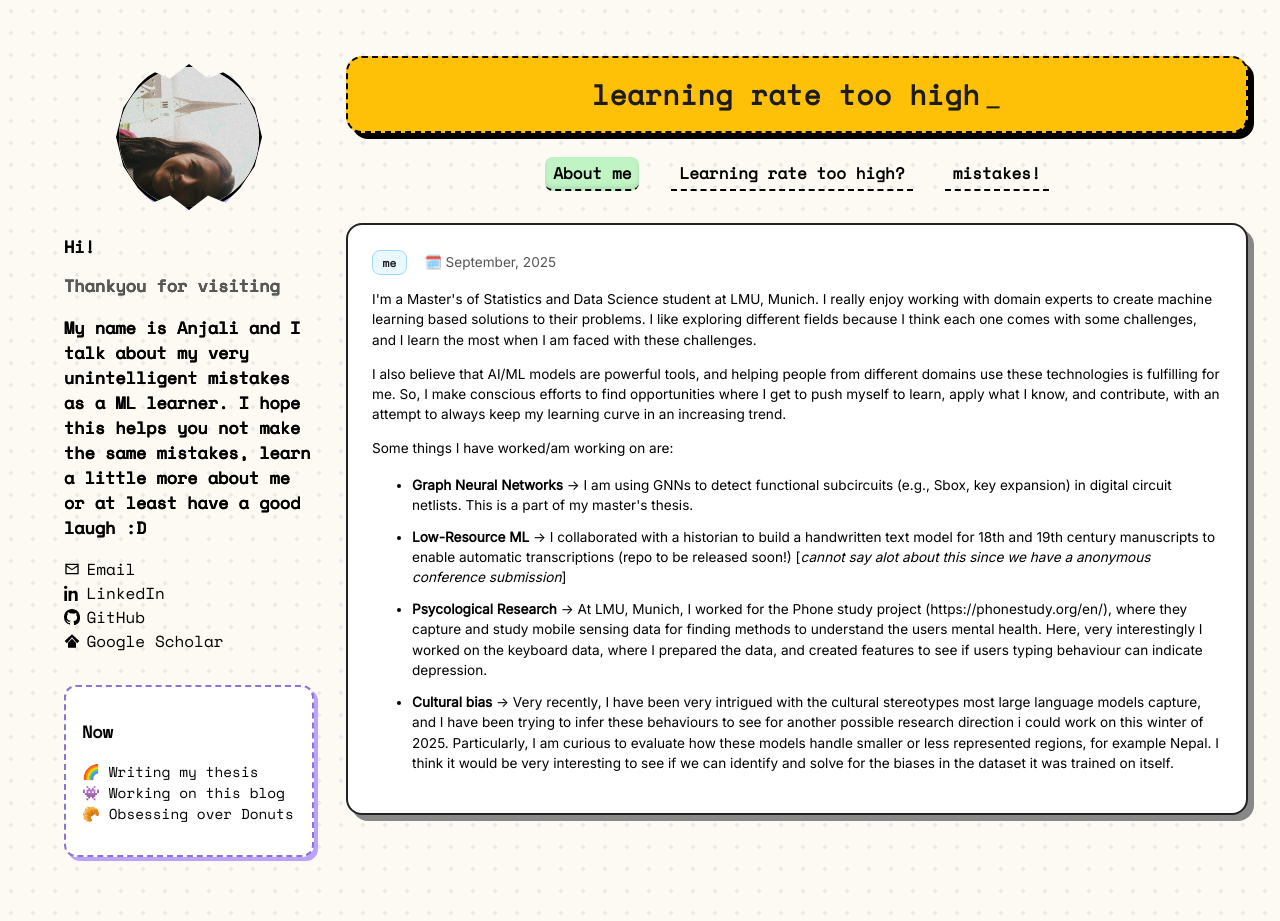
Repository: anjalisarawgi/learning_rate_too_high
Page: index.html
These files come from the project's save history. The page is drawn as it stood at one moment and after the next save; the edit follows.
The browser window is 1280 px wide. The pictures show the whole page.

Above is the page before, as saved 2025-11-03 10:13:06.

After the next save:
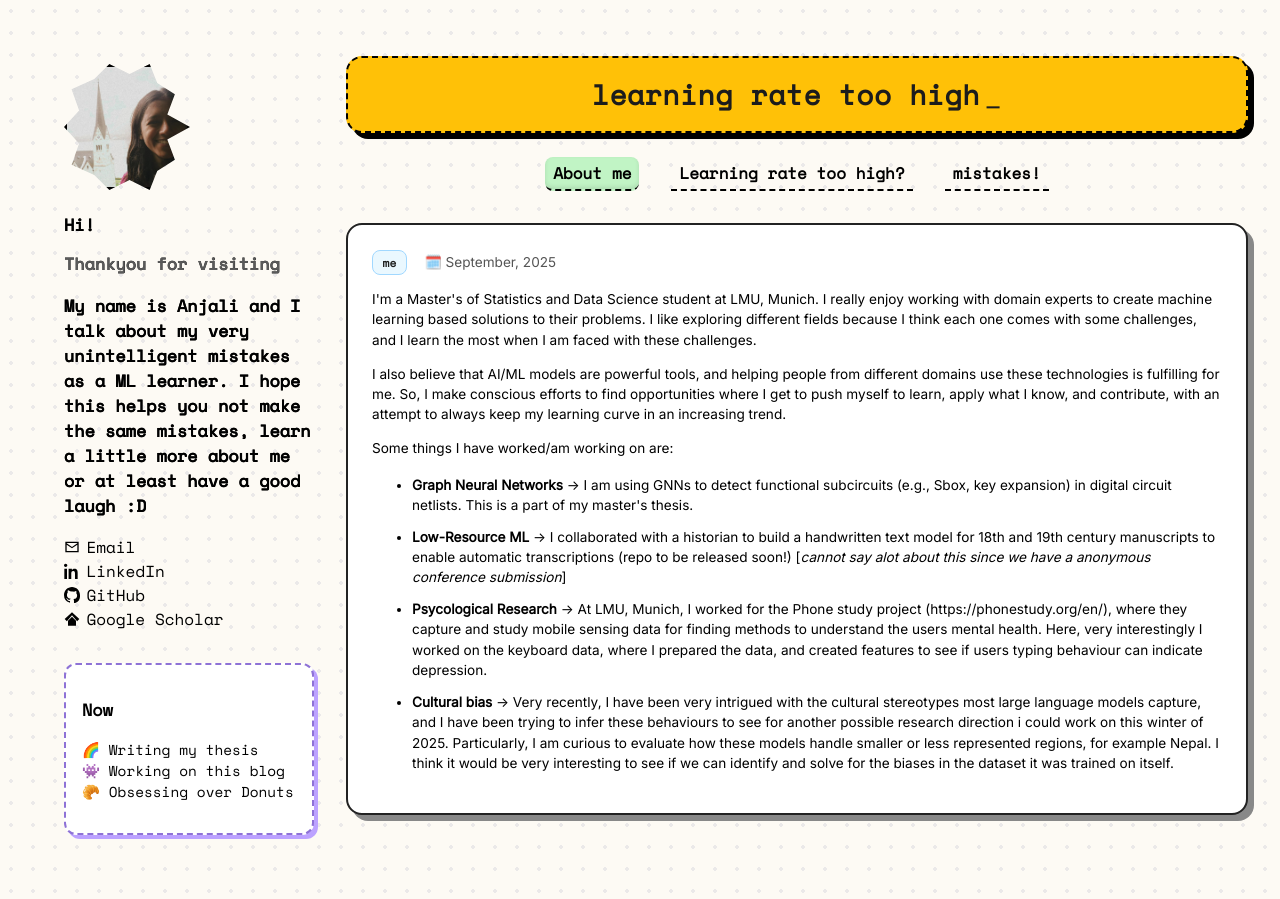
Saved 4 s later.
--- a/index.html
+++ b/index.html
@@ -152,26 +152,22 @@ nav a.active {
       text-shadow: 0.1px 0.1px #111
     }
     .cute-photo {
-  display: block;
-  margin: 0 auto 1.5rem auto;
-  width: 140px;
-  height: 140px;
-  object-fit: cover;
-  border: 3px solid #000;
-  box-shadow: 4px 4px 0 #bca2ff;
-  background-color: #fff8e1;
-
-  /* Center it nicely */
-  border-radius: 50%;
-
-  /* Smooth, rounded flower shape */
-  clip-path: polygon(
-    50% 0%, 63% 10%, 75% 5%, 85% 15%, 95% 30%,
-    100% 50%, 95% 70%, 85% 85%, 75% 95%, 63% 90%,
-    50% 100%, 37% 90%, 25% 95%, 15% 85%, 5% 70%,
-    0% 50%, 5% 30%, 15% 15%, 25% 5%, 37% 10%
-  );
-}
+      width: 120px;
+      height: 120px;
+      object-fit: cover;
+      margin-bottom: 1rem;
+      border: 3px solid #000;
+      box-shadow: 4px 4px 0 #bca2ff;
+      /* scalloped / starburst look */
+      clip-path: polygon(
+        50% 0%, 63% 12%, 80% 6%, 88% 24%, 100% 36%, 92% 52%,
+        100% 68%, 85% 74%, 76% 88%, 60% 82%, 50% 100%, 40% 82%,
+        24% 88%, 15% 74%, 0% 68%, 8% 52%, 0% 36%, 12% 24%,
+        20% 6%, 37% 12%
+      );
+      border-radius: 0;
+      transform: rotate(-90deg);
+    }
     /* Make text inside .card paragraphs and lists use Inter instead of Space Mono */
 /* Card body text with smaller, cleaner font */
 .card p,
